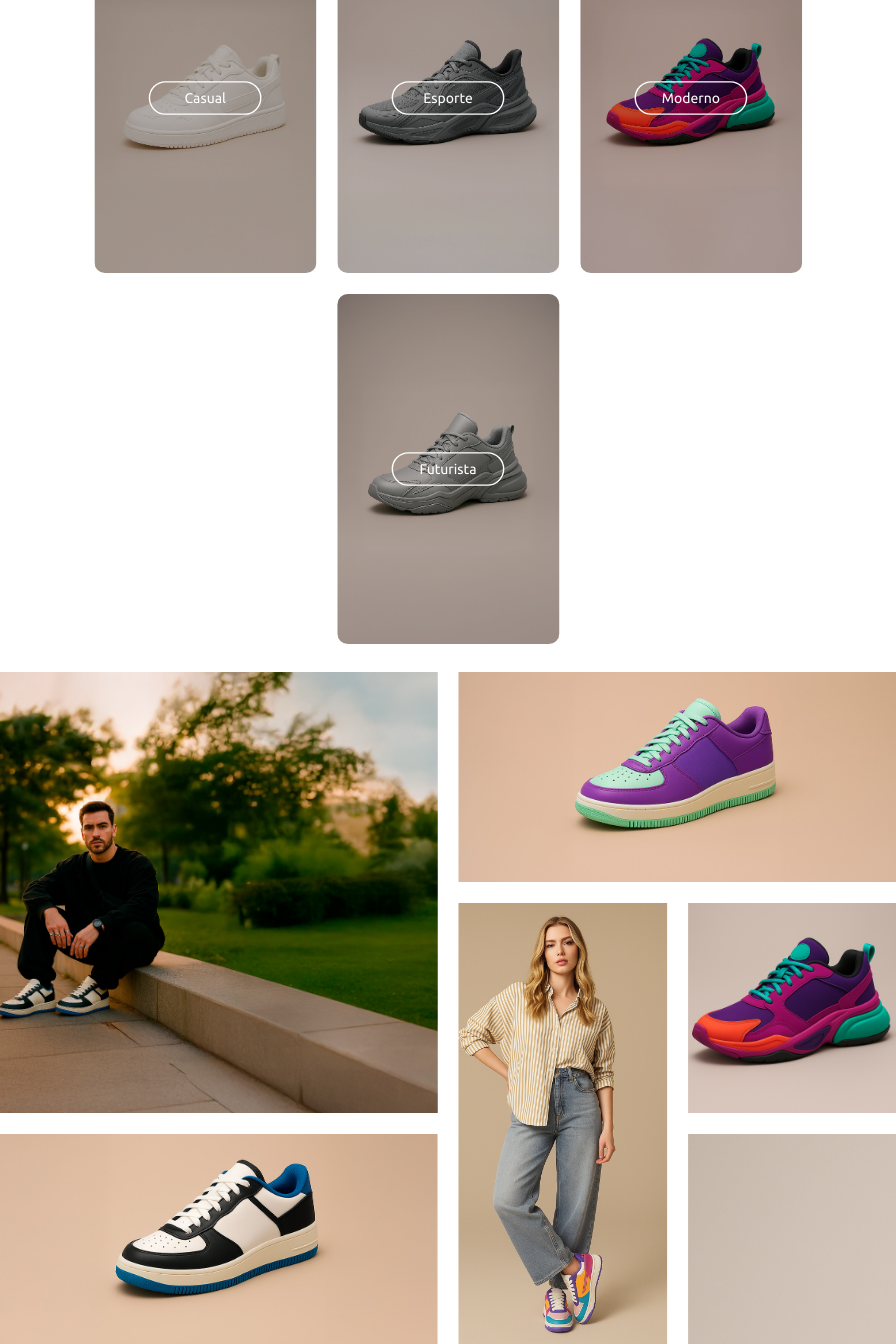
Repository: caique2512/ecommerce-syntaxwear
Page: index.html
These files come from the project's save history. The page is drawn as it stood at one moment and after a run of saves; the edit follows.
The browser window is 1280 px wide. The pictures show the part of the page from y = 690 to 2610 px (the page is 2610 px tall), at 70% of full size.

Above is the page before, as saved 2026-02-20 18:46:03.

After the next 3 saves:
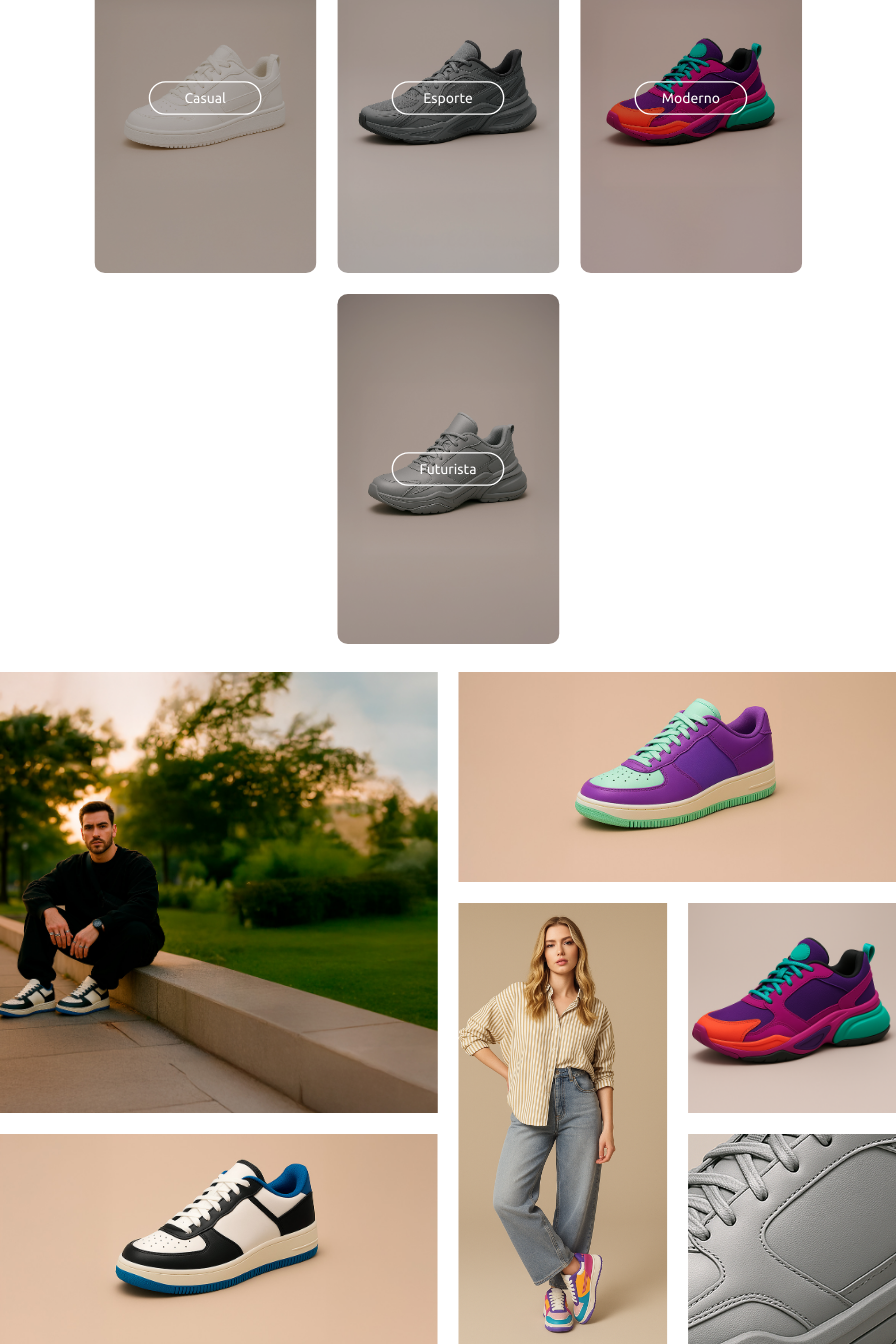
The 3 saves are shown as one change because they came seconds apart.
The last was saved 10 s later.
--- a/css/components/product-grid.css
+++ b/css/components/product-grid.css
@@ -30,7 +30,8 @@
 
 .bottomR {
     grid-area: bottomR;
-    background: url(../../images/products/moderno-grid.jpg);
+    background: url(../../images/products/moderno-grid.jpg) no-repeat center;
+    bc
 }
 
 .grid-section {
